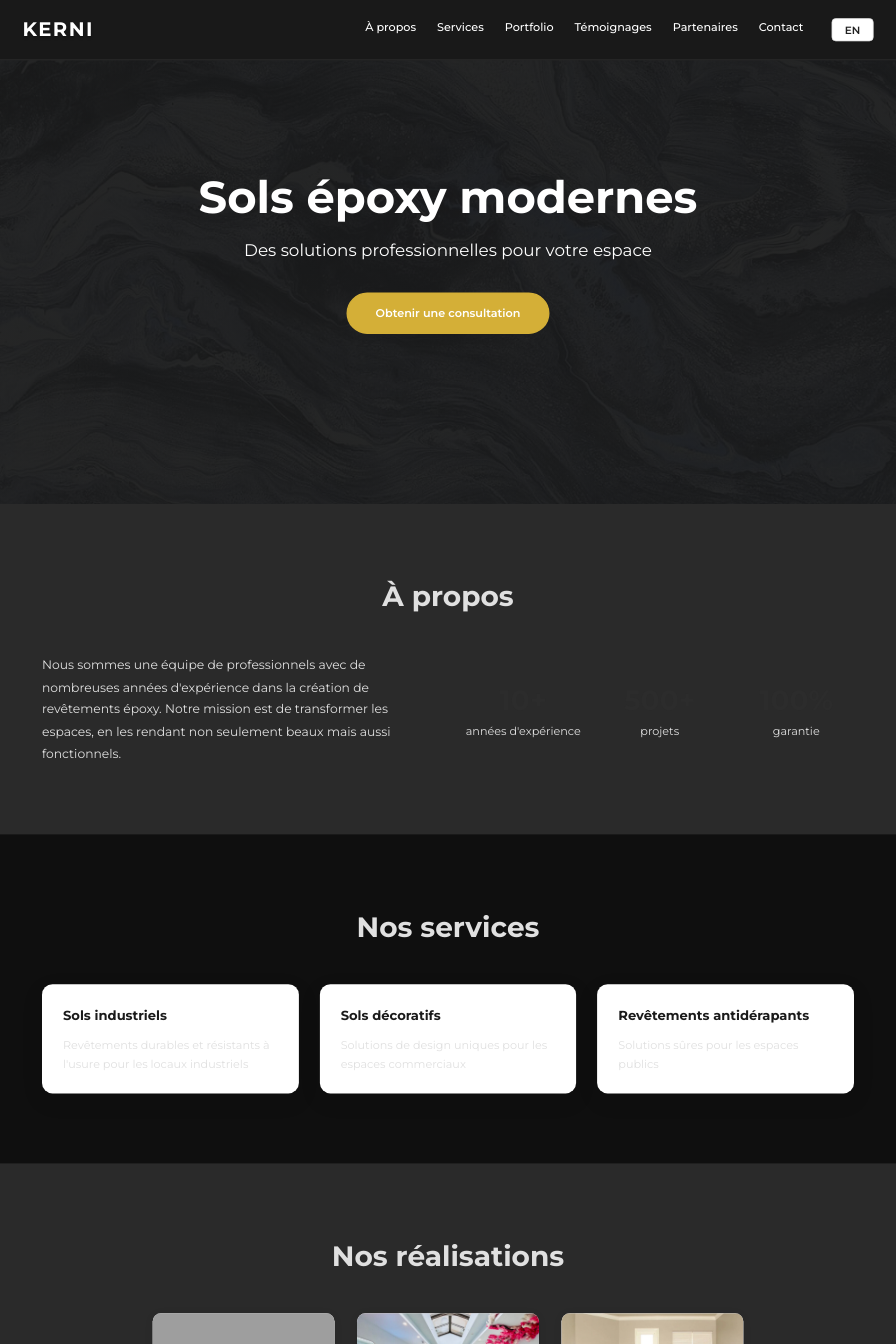
Repository: kerni-ca/kerni-ca
Page: index.html
These files come from the project's save history. The page is drawn as it stood at one moment and after the next save; the edit follows.
The browser window is 1280 px wide. The pictures show the part of the page from y = 0 to 1920 px (the page is 4161 px tall), at 70% of full size.
Pictures or frames that could not be fetched are drawn as grey boxes. Backgrounds fixed to the window are drawn as part of the page.

Above is the page before, as saved 2025-07-04 15:34:29.

After the next save:
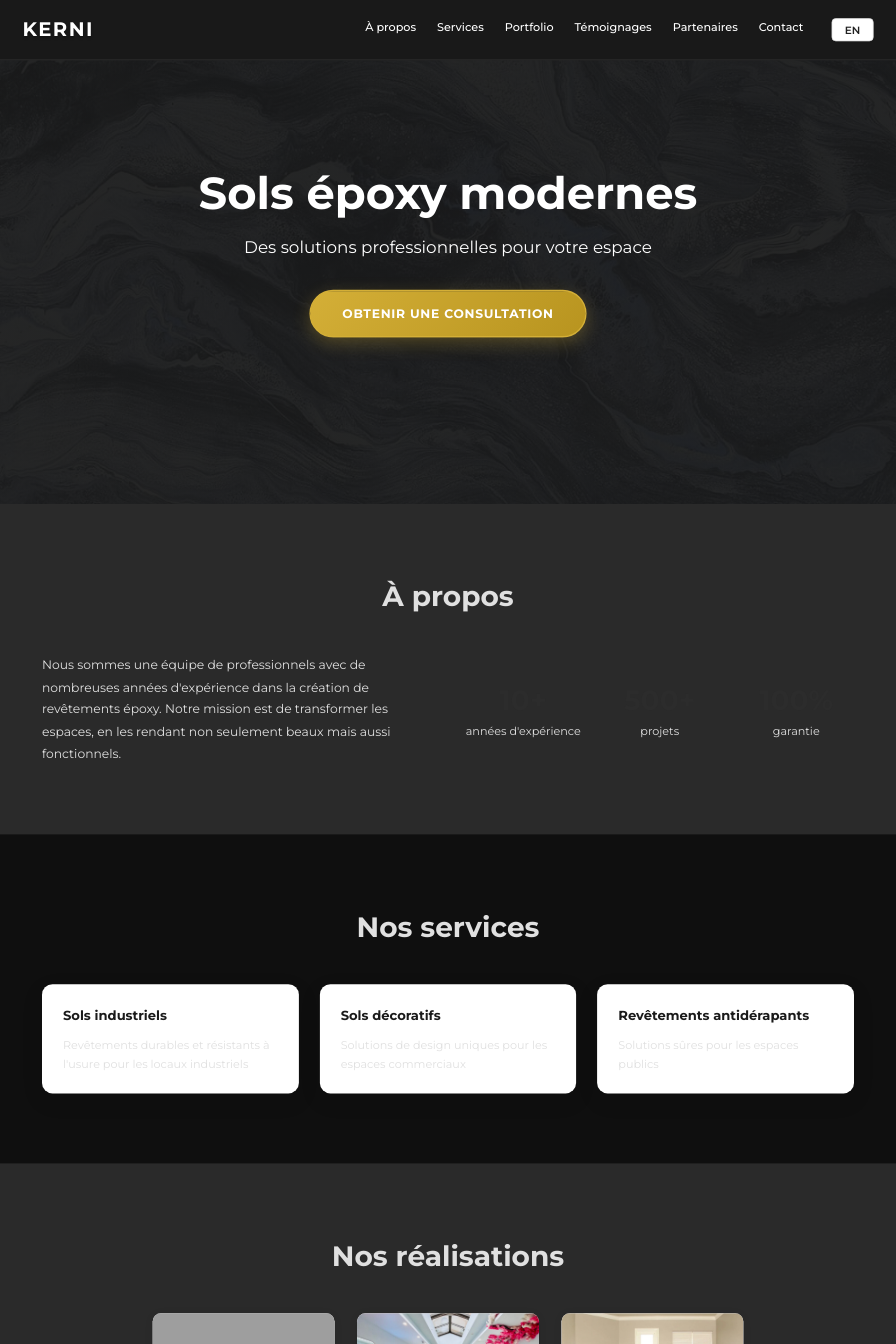
Saved 8 s later.
--- a/styles.css
+++ b/styles.css
@@ -114,19 +114,24 @@ body {
 
 .cta-button {
     display: inline-block;
-    padding: 15px 40px;
-    background: var(--accent-color);
+    padding: 18px 45px;
+    background: linear-gradient(135deg, var(--accent-color), #b8941f);
     color: var(--white);
     text-decoration: none;
-    border-radius: 30px;
-    font-weight: 600;
+    border-radius: 50px;
+    font-weight: 700;
+    font-size: 1.1rem;
     transition: var(--transition);
     border: 2px solid var(--accent-color);
+    box-shadow: 0 8px 25px rgba(212, 175, 55, 0.3);
+    text-transform: uppercase;
+    letter-spacing: 1px;
 }
 
 .cta-button:hover {
-    background: transparent;
-    color: var(--accent-color);
+    background: linear-gradient(135deg, #b8941f, var(--accent-color));
+    transform: translateY(-3px);
+    box-shadow: 0 12px 35px rgba(212, 175, 55, 0.4);
 }
 
 /* About Section */
